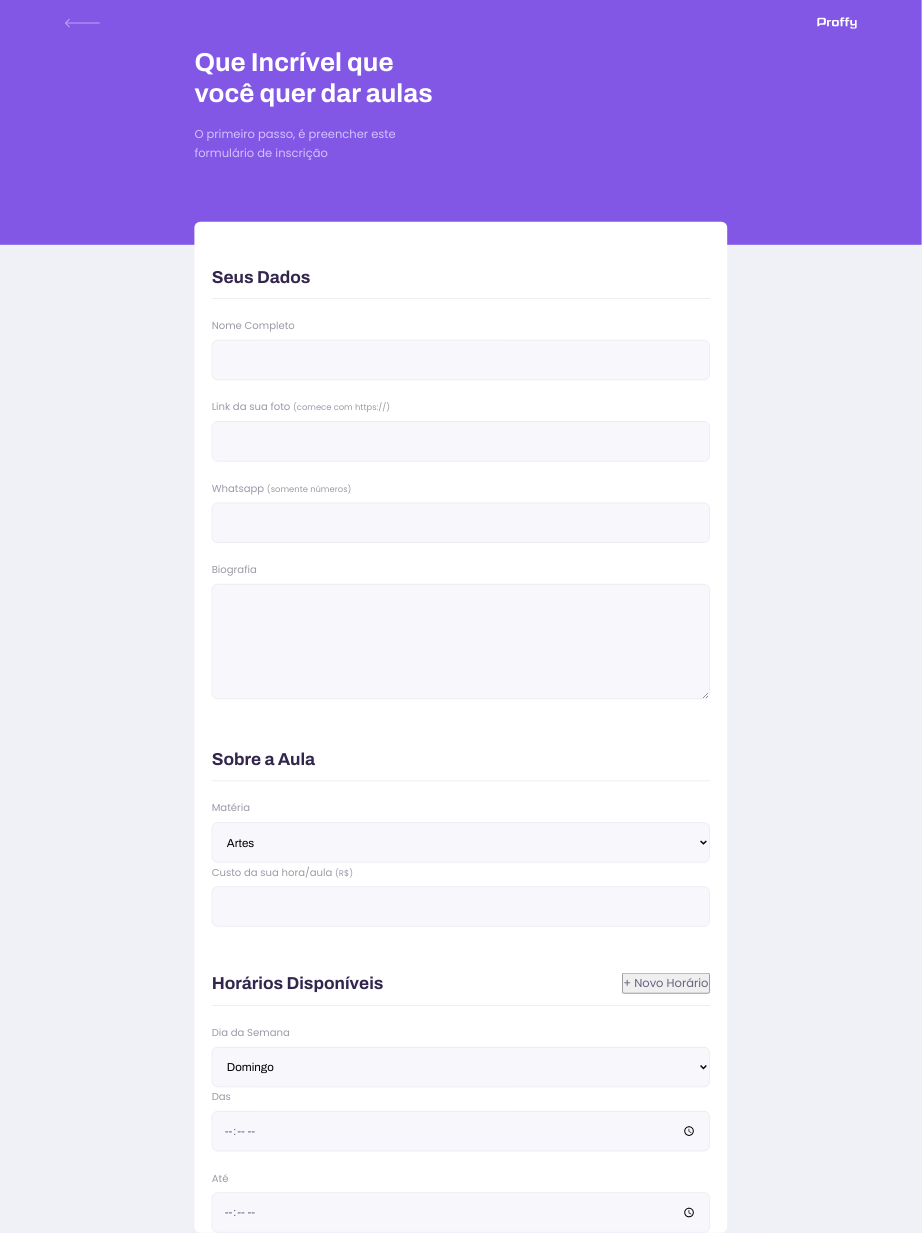
Repository: LukeVersus/NLW
Page: give-classes.html
The author's editor kept a copy of each file at every save. The page is drawn from the files as they stood at one save, then again after the next save.
The browser window is 1280 px wide. The pictures show the whole page, at 72% of full size.

Above is the page before, as saved 2020-08-05 22:09:16.

### give-classes.html
<!DOCTYPE html>
<html lang="pt_br">
<head>
    <meta charset="UTF-8">
    <meta name="viewport" content="width=device-width, initial-scale=1.0">
    <title>Proffy | Sua Plataforma de Estudos Online</title>
    <link rel="stylesheet" href="/styles/main.css">
    <link rel="stylesheet" href="/styles/partials/header.css">
    <link rel="stylesheet" href="/styles/partials/forms.css">
    <link rel="stylesheet" href="/styles/partials/page-give-classes.css">
    <link href="https://fonts.googleapis.com/css2?family=Archivo:wght@400;700&amp;family=Poppins:wght@400;600&amp;display=swap" rel="stylesheet">

</head>
<body id="page-give-classes">

    <div id="container">
        <header class="page-header">
            <div class="top-bar-container">
                <a href="/">
                    <img src="/images/icons/back.svg" alt="Voltar">
                </a>
                <img src="/images/logo.svg" alt="Proffy">
            </div>
            <div class="header-content">
               <strong>Que Incrível que você quer dar aulas</strong>
               <p>O primeiro passo, é preencher este formulário de inscrição</p>
            </div>
        </header>
        <main>
           <form action="" id="create-class">
               <fieldset>
                   <legend>Seus Dados</legend>
                   <div class="input-block">
                       <label for="name">Nome Completo</label>
                       <input name="name" id="name" required>
                   </div>
                   <div class="input-block">
                       <label for="avatar">Link da sua foto <small>(comece com https://)</small></label>
                       <input name="avatar" id="avatar" type="url" required>
                   </div>
                   <div class="input-block">
                       <label for="whatsapp">Whatsapp <small>(somente números)</small></label>
                       <input name="whatsapp" id="whatsapp" type="number" required>
                   </div>
                   <div class="textarea-block">
                       <label for="bio">Biografia</label>
                       <textarea name="bio" id="bio" required></textarea>
                   </div>
               </fieldset>
               <fieldset>
                   <legend>Sobre a Aula</legend>
                   <div class="select-block">
                       <label for="subject">Matéria</label>
                       <select name="subject" id="subject" required>
                        <option value="" disabled="" hidden="">Selecione Uma Opção</option>
                        <option value="1">Artes</option>
                        <option value="2">Biologia</option>
                        <option value="3">Ciências</option>
                        <option value="4">Educação Física</option>
                        <option value="5">Espanhol</option>
                        <option value="6">Física</option>
                        <option value="7">Geografia</option>
                        <option value="8">História</option>
                        <option value="9">Inglês</option>
                        <option value="10">Matemática</option>
                        <option value="11">Português</option>
                        <option value="12">Química</option>
                       </select>
                   </div>
                   <div class="input-block">
                       <label for="cost">Custo da sua hora/aula <small>(R$)</small></label>
                       <input name="cost" id="cost" type="number" required>
                   </div>
               </fieldset>
               <fieldset>
                   <legend>Horários Disponíveis
                       <button id="add-time">+ Novo Horário</button>
                   </legend>
                   <div class="schedule-item">
                       <div class="select-block">
                           <label for="weekday">Dia da Semana</label>
                           <select name="weekday[]" id="weekday" required>
                            <option value="" disabled="" hidden="">Selecione Uma Opção</option>
                            <option value="1">Domingo</option>
                            <option value="2">Segunda-Feira</option>
                            <option value="3">Terça-Feira</option>
                            <option value="4">Quarta-Feira</option>
                            <option value="5">Quinta-Feira</option>
                            <option value="6">Sexta-Feira</option>
                            <option value="7">Sábado</option>
                           </select>
                       </div>
                       <div class="input-block">
                           <label for="time_from">Das</label>
                           <input type="time" id="time_from" name="time_from[]" required>
                       </div>
                       <div class="input-block">
                        <label for="time_to">Até</label>
                        <input type="time" id="time_to" name="time_to[]" required>
                       </div>
                   </div>
               </fieldset>
           </form>
        </main>
    </div>


</body>
</html>

### styles/main.css
:root{
    --color-background: #F0F0F7;
    --color-primary-lighter: #9871F5;
    --color-primary-light: #916BEA;
    --color-primary: #8257E5;
    --color-primary-dark: #774DD6;
    --color-primary-darker: #6842C2;
    --color-secondary: #04D361;
    --color-secondary-dark: #04BF58;
    --color-title-in-primary: #FFFFFF;
    --color-text-in-primary: #D4C2FF;
    --color-text-title: #32264D;
    --color-text-complement: #9C98A6;
    --color-text-base: #6A6180;
    --color-line-in-white: #E6E6F0;
    --color-input-background: #F8F8FC;
    --color-button-text: #FFFFFF;
    --color-box-base: #FFFFFF;
    --color-box-footer: #FAFAFC;
    --color-small-info: #C1BCCC;
    /*tamanho da fonte padrão: 16px - 100% - 1rem */
    font-size: 60%; /*Controle das medidas rem e % */
}

* {
    margin: 0;
    padding: 0;
    box-sizing: border-box;
}

html, body{
    height: 100vh;
}

body{
    background: var(--color-background);
    display: flex;
    align-items: center;
    justify-content: center;
}

body, input, button, textarea{
    font: 500 1.6rem Poppins;
    color: var(--color-text-base);
}

#container{
    width: 90vw;
    max-width: 700px;
}

@media (min-width: 700px){
    :root{
        font-size: 62.5%;
    }
}

### styles/partials/header.css

.page-header{
    background-color: var(--color-primary);
    display: flex;
    flex-direction: column;
}

.page-header .top-bar-container{
    width: 90%;
    margin: 0 auto;
    display: flex;
    align-items: center;
    justify-content: space-between;
    padding: 1.6rem 0;
}

.page-header .top-bar-container a{
    height: 3.2rem;
    transition: opacity 0.2s;
}

.page-header .top-bar-container a:hover{
    opacity: 0.6;
}

.page-header .top-bar-container > img{
    height: 1.6rem;
}

.page-header .header-content{
    width: 90%;
    margin: 3.2rem auto;
    position: relative;
}

.page-header .header-content strong{
    font: 700 3.6rem Archivo;
    line-height: 4.2rem;
    color: var(--color-title-in-primary);
}

.page-header .header-content p{
    max-width: 30rem;
    font-size: 1.6rem;
    line-height: 2.6rem;
    color: var(--color-text-in-primary);
    margin-top: 2.4rem;
}


@media (min-width:700px){

    .page-header{
        height: 340px;
    }

    .page-header .top-bar-container{
        max-width: 1100px;
    }

    .page-header .header-content{
        max-width: 740px;
        margin: 0 auto;
        flex: 1 1;
        padding-bottom: 48px;
        display: flex;
        flex-direction: column;
        justify-content: center;
    }

    .page-header .header-content strong{
        max-width: 350px;
    }




}

### styles/partials/forms.css
.select-block label,
.input-block label,
.textarea-block label{
    font-size: 1.4rem;
    color: var(--color-text-complement);
}

.input-block input,
.select-block select,
.textarea-block textarea{
    width: 100%;
    height: 5.6rem;
    margin-top: 0.8rem;
    border-radius: 0.8rem;
    background: var(--color-input-background);
    border: 1px solid var(--color-line-in-white);
    outline: 0;
    padding: 0 1.6rem;
    font: 1.6rem Archivo;
}

.textarea-block textarea{
    padding: 1.2rem 1.6rem;
    height: 16rem;
    resize: vertical;
}

.input-block
.textarea-block{
    position: relative;
}

.input-block:focus-within::after,
.textarea-block:focus-within::after{
    content: "";
    width: calc(100% - 3.2rem);
    height: 2px;
    background: var(--color-primary-light);
    position: absolute;
    left: 1.6rem;
    right: 1.6rem;
    bottom: 0;
}

### styles/partials/page-give-classes.css
#page-give-classes #container{
    width: 100vw;
    height: 100vh;
}

#page-give-classes .page-header .header-content{
    margin-bottom: 6.4rem;
}

#page-give-classes main{
    background: var(--color-box-base);
    width: 100%;
    max-width: 74rem;
    border-radius: 0.8rem;
    margin: -3.2rem auto 3.2rem;
    padding-top: 6.4rem;
}

#page-give-classes fieldset{
    border: none;
    padding: 0 2.4rem;
}

#page-give-classes fieldset legend{
    font: 700 2.4rem Archivo;
    color: var(--color-text-title);
    margin-bottom: 2.4rem;
    display: flex;
    align-items: center;
    justify-content: space-between;
    width: 100%;
    padding-bottom: 1.6rem;
    border-bottom: 1px solid var(--color-line-in-white);
}

#page-give-classes fieldset+fieldset{
    margin-top: 6.4rem;
}

#page-give-classes .input-block+.input-block,
#page-give-classes .input-block+.textarea-block,
#page-give-classes .select-block+.textarea-block{
    margin-top: 2.4rem;
}



@media(min-width: 700px){
    #page-give-classes #container{
        max-width: 100vw;
    }
}

After the next save:
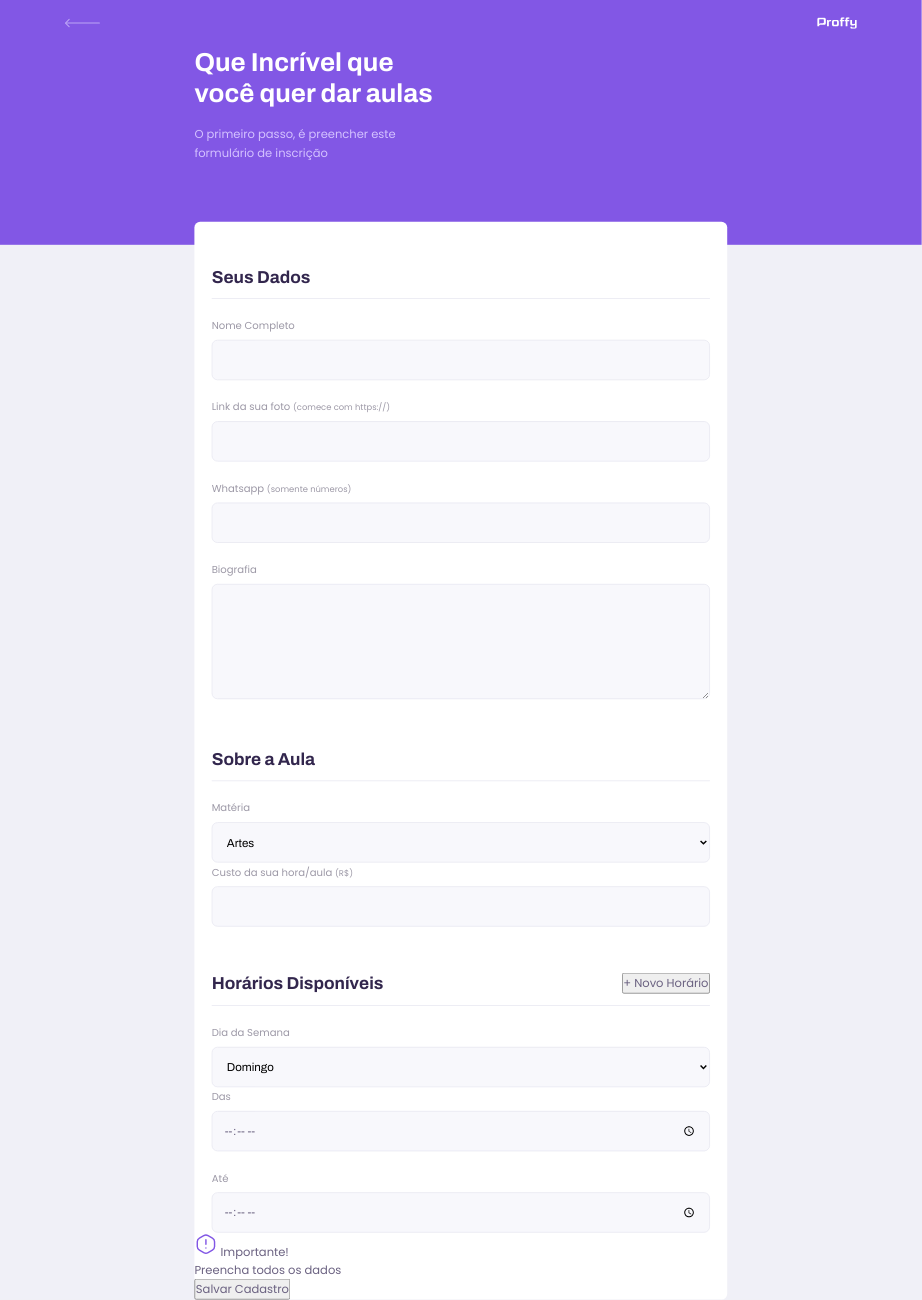
Saved 117 s later.
--- a/give-classes.html
+++ b/give-classes.html
@@ -101,6 +101,13 @@
                    </div>
                </fieldset>
            </form>
+           <footer>
+               <p>
+               <img src="/images/icons/warning.svg" alt="Aviso Importante">
+               Importante! <br> Preencha todos os dados
+                </p>
+                <button type="submit">Salvar Cadastro</button>
+           </footer>
         </main>
     </div>
 
